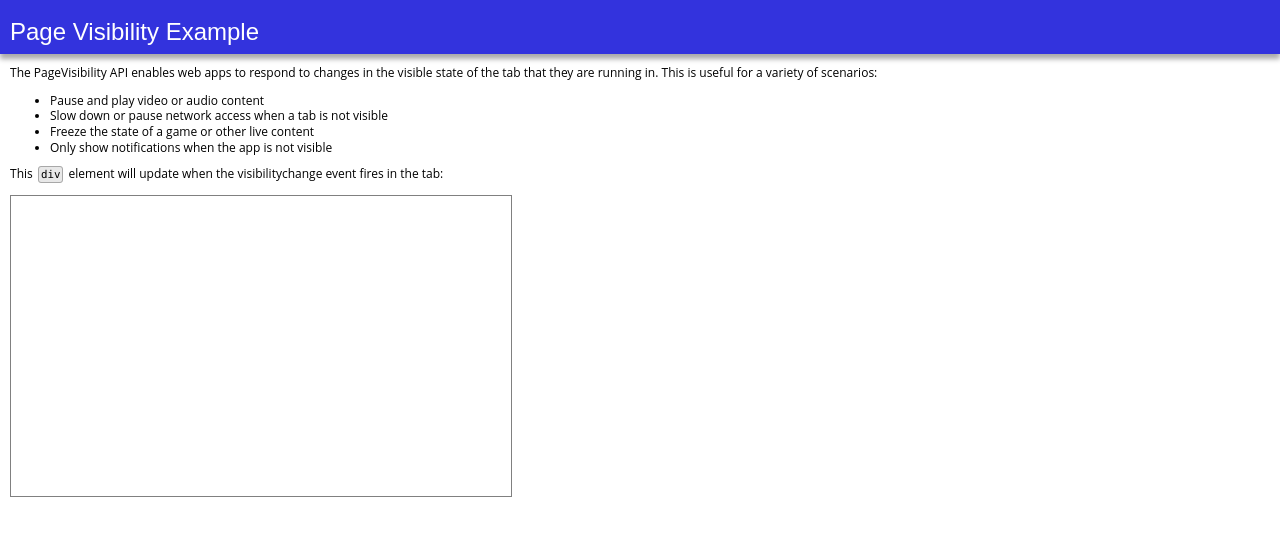
Repository: craig-o-curtis/browser-apis
Page: pages/pagevis.html
These files come from the project's save history. The page is drawn as it stood at one moment and after the next save; the edit follows.
The browser window is 1280 px wide. The pictures show the whole page.

Above is the page before, as saved 2020-05-17 14:42:51.

### pages/pagevis.html
<!doctype html>
<html>
    <head>
        <title>Page Lifecycle and Visibility</title>
        <style type="text/css">
            #targetElem {
                overflow-y: scroll;
                width: 500px;
                height: 300px;
                border: 1px solid gray;
            }

        </style>
        <link rel="stylesheet" href="./style.css" />
    </head>

    <body>
        <h1>Page Visibility Example</h1>
        <div id="content">
            <p>The PageVisibility API enables web apps to respond to changes in the visible state of the tab that they
                are running in. This is useful for a variety of scenarios:</p>
            <p>
                <ul>
                    <li>Pause and play video or audio content</li>
                    <li>Slow down or pause network access when a tab is not visible</li>
                    <li>Freeze the state of a game or other live content</li>
                    <li>Only show notifications when the app is not visible</li>
                </ul>
            </p>
            <p>
                This <code>div</code> element will update when the visibilitychange event fires in the tab:
            </p>
            <div id="targetElem">
                <!-- visibility change events will be recorded here -->
            </div>
        </div>
        <script>
            window.addEventListener("load", () => {
                outputDiv = document.getElementById("targetElem");

                // record the initial visibility state of the tab


                // set up event listeners for visibility changes

            });
        </script>
    </body>
</html>

### pages/style.css
/*
** Styles used in the jQuery Essential Training course materials
*/
body {
    font-family: "Open Sans", sans-serif;
    font-size: 12px;
    margin: 0;
    line-height: 1.2em;
}

body > h1 {
    background-color: #33d;
    color: white;
    font-family: Arial, Helvetica, sans-serif;
    font-weight: 100;
    margin:0;
    padding-left: 10px;
    padding-right: 10px;
    padding-top:25px;
    padding-bottom: 15px;
    box-shadow: 0px 5px 5px 0px rgba(171,171,171,1);
}

#content {
    margin: 10px;
}

#example {
    border: 1px solid gray;
    background-color: #b3c8d0;
    font-size:14px;
    padding-left: 10px;
    padding-right: 10px;
    min-height: 200px;
}

.box {
    border: 1px solid gray;
    background-color: #b3c8d0;
    font-size:14px;
    padding-left: 10px;
    padding-right: 10px;
    min-height: 200px;
    width: 300px;
}

.box p {
    margin: 0 1px 0 2px
}

.smallbox {
    border: 1px solid gray;
    background-color: #b3c8d0;
    font-size:14px;
    padding-left: 10px;
    padding-right: 10px;
    margin-bottom: 10px;
    margin-right: 0;
    margin-left: 0;
    min-height: 150px;
    width: 200px;
}

.inline {
    display: inline-block;
}

code {
    background-color: #e8e8e8;
    border: 1px solid #a8a8a8;
    border-radius: 3px;
    padding: 1px 2px;
    margin: 2px;
    font-family: "source-code-pro", Consolas, monospace;
    font-size: .9em;
}

li {
    line-height: 1.3em;
}

button {
    font-size: 14px;
    margin: 8px;
}

#eventDetails {
    border: 1px solid #aaa;
    margin-top: 8px;
    padding: 2px;
}

.lineitem {
    width: 120px;
    display: inline-block
}


canvas {
    border: 2px solid gray;
    margin-left: 5px;
    margin-right: 5px;
}

After the next save:
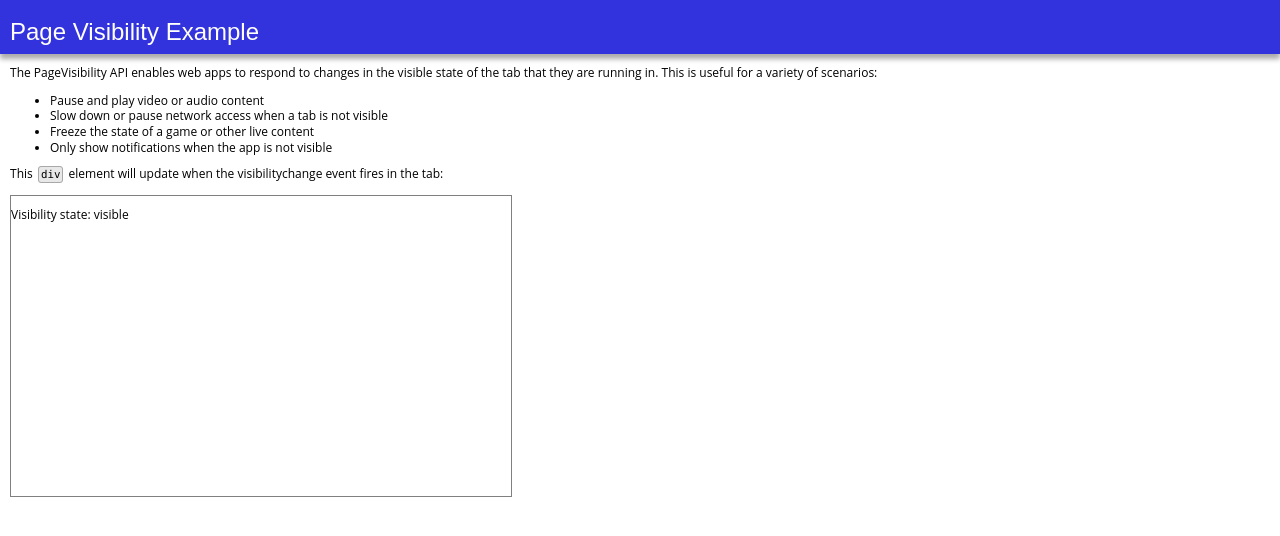
Saved 49 s later.
--- a/pages/pagevis.html
+++ b/pages/pagevis.html
@@ -39,7 +39,9 @@
                 outputDiv = document.getElementById("targetElem");
 
                 // record the initial visibility state of the tab
-
+                outputDiv.innerHTML += `
+                    <p>Visibility state: ${document.visibilityState}</p>
+                `
 
                 // set up event listeners for visibility changes
 
